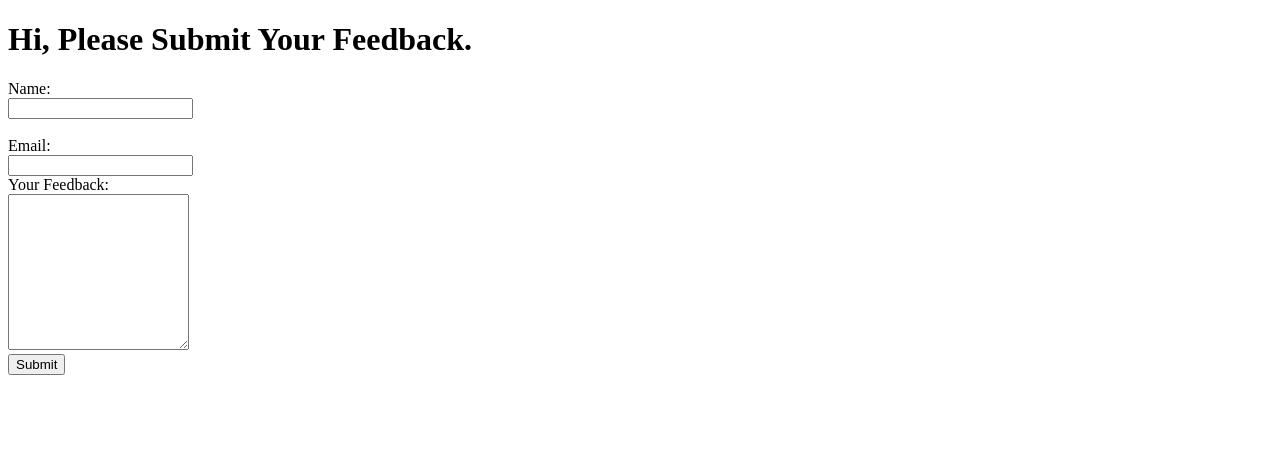
Repository: anik3395/JavaServletProjects
Page: eclipse-workspace/FeedbackCollectionSystem/src/main/webapp/feedback_form.html
The author's editor kept a copy of each file at every save. The page is drawn from the files as they stood at one save, then again after the next save.
The browser window is 1280 px wide. The pictures show the whole page.

Above is the page before, as saved 2024-10-23 07:07:10.

### eclipse-workspace/FeedbackCollectionSystem/src/main/webapp/feedback_form.html
<!DOCTYPE html>
<html>
<head>
<meta charset="UTF-8">
<title>Submit Your Feedback</title>
</head>
<body>
<h1>Hi, Please Submit Your Feedback.</h1>

<form action="submitFeedback" method="post">

<label for="name" >Name:</label><br>
<input type="text" name="name" required><br><br>

<label for="email">Email:</label><br>
<input type="email"  name="email" required><br>

<label for="feedback">Your Feedback:</label><br>
<textarea  name="feedback" rows="10" required></textarea><br>

<input type="submit" value="Submit">

</form>

</body>
</html>

After the next save:
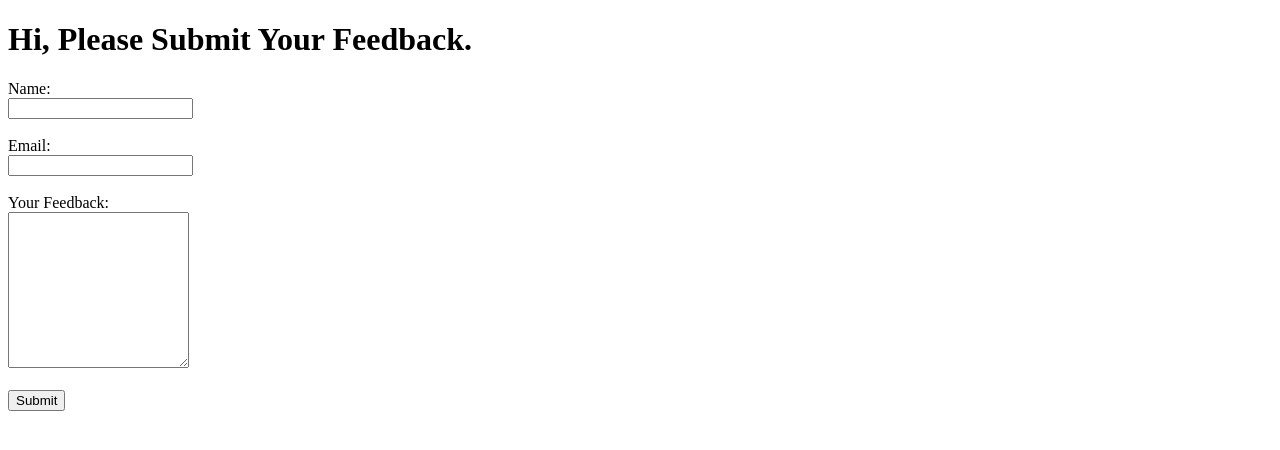
Saved 8 min 51 s later.
--- a/eclipse-workspace/FeedbackCollectionSystem/src/main/webapp/feedback_form.html
+++ b/eclipse-workspace/FeedbackCollectionSystem/src/main/webapp/feedback_form.html
@@ -1,26 +1,23 @@
 <!DOCTYPE html>
 <html>
 <head>
-<meta charset="UTF-8">
-<title>Submit Your Feedback</title>
+    <meta charset="UTF-8">
+    <title>Submit Your Feedback</title>
 </head>
 <body>
-<h1>Hi, Please Submit Your Feedback.</h1>
+    <h1>Hi, Please Submit Your Feedback.</h1>
 
-<form action="submitFeedback" method="post">
+    <form action="submitFeedback" method="post">
+        <label for="name">Name:</label><br>
+        <input type="text" name="name" required><br><br>
 
-<label for="name" >Name:</label><br>
-<input type="text" name="name" required><br><br>
+        <label for="email">Email:</label><br>
+        <input type="email" name="email" required><br><br>
 
-<label for="email">Email:</label><br>
-<input type="email"  name="email" required><br>
+        <label for="feedback">Your Feedback:</label><br>
+        <textarea name="feedback" rows="10" required></textarea><br><br>
 
-<label for="feedback">Your Feedback:</label><br>
-<textarea  name="feedback" rows="10" required></textarea><br>
-
-<input type="submit" value="Submit">
-
-</form>
-
+        <input type="submit" value="Submit">
+    </form>
 </body>
 </html>
